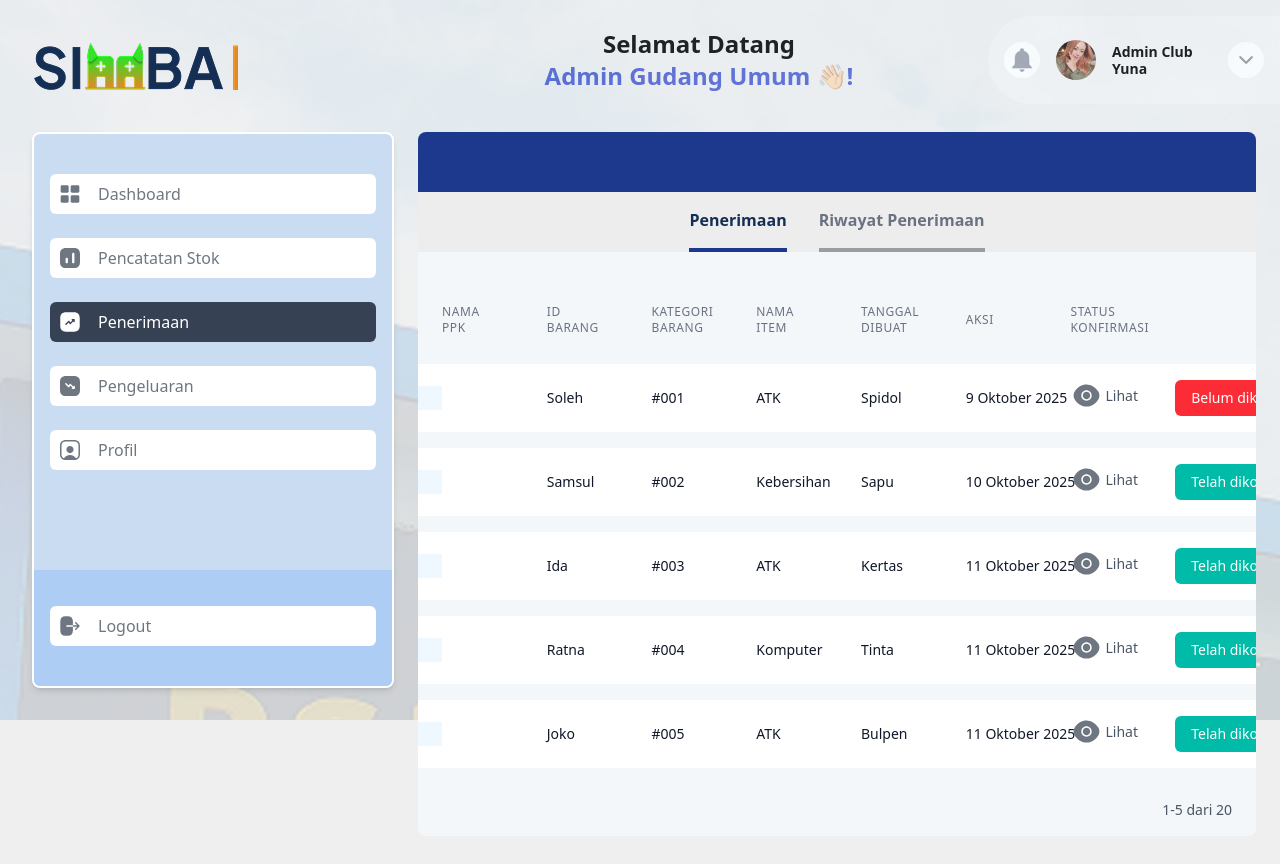
Repository: Gokerwow/inventory-fe
Page: /penerimaan
The author's editor kept a copy of each file at every save. The page is drawn from the files as they stood at one save, then again after the next save.
The browser window is 1280 px wide. The pictures show the whole page.
The project was rebuilt for these pictures with package versions that can differ from the ones it lists, and the page was loaded fresh each time. Also part of the build but not shown: vite.config.ts, src/components/categoryBarChart.tsx, src/components/lineChart.tsx, src/pages/dashboard.tsx, src/pages/stokBarang.tsx, src/pages/pengeluaran.tsx, src/pages/profil.tsx.

Above is the page before, as saved 2025-10-14 18:52:13.

### index.html
<!doctype html>
<html lang="en">
  <head>
    <meta charset="UTF-8" />
    <link rel="icon" type="image/svg+xml" href="/vite.svg" />
    <meta name="viewport" content="width=device-width, initial-scale=1.0" />
    <title>inventory-fe</title>
  </head>
  <body>
    <div id="root"></div>
    <script type="module" src="/src/main.tsx"></script>
  </body>
</html>

### src/main.tsx
import { StrictMode } from 'react'
import { createRoot } from 'react-dom/client'
import './index.css'
import App from './App.tsx'
import ErrorBoundary from './components/errorBoundary.tsx'
import { BrowserRouter } from 'react-router-dom'

createRoot(document.getElementById('root')!).render(
  <StrictMode>
    <ErrorBoundary>
      <BrowserRouter>
        <App />
      </BrowserRouter>
    </ErrorBoundary>
  </StrictMode>,
)

### src/App.tsx
import './App.css'
import { Routes, Route, Navigate } from 'react-router-dom'
import Layout from './components/layout'
import Dashboard from './pages/dashboard'
import StokBarang from './pages/stokBarang'
import Penerimaan from './pages/penerimaan'
import Pengeluaran from './pages/pengeluaran'
import Profil from './pages/profil'


function App() {
  return (
    <Routes>
      <Route path="/" element={<Layout />}>
        <Route index element={<Navigate to="/dashboard" replace />} />
        <Route path="dashboard" element={<Dashboard />} />
        <Route path="pencatatan-stok" element={<StokBarang />} />
        <Route path="penerimaan" element={<Penerimaan />} />
        <Route path="pengeluaran" element={<Pengeluaran />} />
        <Route path="profil" element={<Profil />} />
      </Route>
    </Routes>
  )
}

export default App

### src/components/errorBoundary.tsx
// components/ErrorBoundary.tsx
import { ErrorBoundary as ReactErrorBoundary } from 'react-error-boundary';
import { type ReactNode } from 'react';

function ErrorFallback({ error, resetErrorBoundary }: any) {
    return (
        <div className="min-h-screen flex items-center justify-center bg-gray-100">
            <div className="bg-white p-8 rounded-lg shadow-lg max-w-md w-full">
                <h2 className="text-2xl font-bold text-red-600 mb-4">
                    Oops! Terjadi Error
                </h2>
                <div className="bg-red-50 border border-red-200 rounded p-4 mb-4">
                    <p className="text-red-800 font-semibold">Error:</p>
                    <p className="text-red-600 text-sm mt-2">{error.message}</p>
                </div>
                <details className="mb-4">
                    <summary className="cursor-pointer text-gray-600 hover:text-gray-800">
                        Stack Trace
                    </summary>
                    <pre className="mt-2 text-xs bg-gray-50 p-2 rounded overflow-auto max-h-40">
                        {error.stack}
                    </pre>
                </details>
                <button
                    onClick={resetErrorBoundary}
                    className="w-full bg-blue-600 text-white py-2 px-4 rounded hover:bg-blue-700 transition"
                >
                    Coba Lagi
                </button>
            </div>
        </div>
    );
}

interface ErrorBoundaryProps {
    children: ReactNode;
}

export default function ErrorBoundary({ children }: ErrorBoundaryProps) {
    return (
        <ReactErrorBoundary
            FallbackComponent={ErrorFallback}
            onError={(error, errorInfo) => {
                // Log error ke console atau service logging (Sentry, LogRocket, dll)
                console.error('Error caught by boundary:', error, errorInfo);
            }}
            onReset={() => {
                // Reset state aplikasi jika perlu
                window.location.href = '/';
            }}
        >
            {children}
        </ReactErrorBoundary>
    );
}

### src/App.css
@import "tailwindcss";

body {
  background-color: #EFEFEF;
}

### src/components/layout.tsx
// components/Layout.tsx
import { Outlet } from 'react-router-dom';
import SideBar from '../components/sidebar'
import TopBar from '../components/topBar'
import Background from '../assets/background.png';
import SimbaLogo from '../assets/Light Logo new 1.png';

function Layout() {
    return (
        <div className="flex flex-col h-screen">
            <div
                className="absolute inset-0 bg-no-repeat bg-cover bg-top"
                style={{ backgroundImage: `url(${Background})` }}
            />

            <div className='flex'>
                {/* Sidebar  */}
                <div className='p-4 h-screen fixed top-0 left-0 flex flex-col w-[394px] z-10'>
                    <div className='p-4'>
                        <img src={SimbaLogo} alt="Simba Logo" />
                    </div>
                    <SideBar />
                </div>

                {/* Content Area */}
                <div className="flex flex-col flex-1 ml-[394px]">
                    <TopBar />
                    <div className="flex-1 overflow-auto mb-4  p-3 px-6">
                        <Outlet/>
                    </div>
                </div>
            </div>
        </div>
    );
}

export default Layout;

### src/pages/penerimaan.tsx
import { useState } from 'react';
import EyeIcon from '../assets/eye.svg?react';

export default function Penerimaan() {
    const [activeTab, setActiveTab] = useState('penerimaan');

    const [data] = useState([
        {
            id: 1,
            namaPPK: 'Soleh',
            idBarang: '#001',
            kategori: 'ATK',
            namaItem: 'Spidol',
            tanggal: '9 Oktober 2025',
            status: 'Belum dikonfirmasi'
        },
        {
            id: 2,
            namaPPK: 'Samsul',
            idBarang: '#002',
            kategori: 'Kebersihan',
            namaItem: 'Sapu',
            tanggal: '10 Oktober 2025',
            status: 'Telah dikonfirmasi'
        },
        {
            id: 3,
            namaPPK: 'Ida',
            idBarang: '#003',
            kategori: 'ATK',
            namaItem: 'Kertas',
            tanggal: '11 Oktober 2025',
            status: 'Telah dikonfirmasi'
        },
        {
            id: 4,
            namaPPK: 'Ratna',
            idBarang: '#004',
            kategori: 'Komputer',
            namaItem: 'Tinta',
            tanggal: '11 Oktober 2025',
            status: 'Telah dikonfirmasi'
        },
        {
            id: 5,
            namaPPK: 'Joko',
            idBarang: '#005',
            kategori: 'ATK',
            namaItem: 'Bulpen',
            tanggal: '11 Oktober 2025',
            status: 'Telah dikonfirmasi'
        }
    ]);

    return (
        <div className="bg-[#F3F7FA]  relative z-10 rounded-lg overflow-hidden">
            {/* Header */}
            <div className="bg-blue-900 text-white px-6 py-4 h-[60px]">

            </div>

            {/* Tabs */}
            <div className="bg-[#EDEDED]">
                <div className="px-6">
                    <div className="flex gap-8 justify-center items-center">
                        <button
                            onClick={() => setActiveTab('penerimaan')}
                            className={`py-4 font-bold border-b-4 transition-colors ${activeTab === 'penerimaan'
                                ? 'border-blue-900 text-[#152F54]'
                                : 'border-[#9C9C9C] text-gray-500 hover:text-gray-700'
                                }`}
                        >
                            Penerimaan
                        </button>
                        <button
                            onClick={() => setActiveTab('riwayat')}
                            className={`py-4 font-bold border-b-4 transition-colors ${activeTab === 'riwayat'
                                ? 'border-blue-900 text-[#152F54]'
                                : 'border-[#9C9C9C] text-gray-500 hover:text-gray-700'
                                }`}
                        >
                            Riwayat Penerimaan
                        </button>
                    </div>
                </div>
            </div>

            {/* Table */}
            <div className="pt-6 bg-[#F3F7FA]">
                <div className="w-full overflow-hidden">
                    <table className="w-full mx-auto bg-[#F3F7FA] table-fixed border-separate border-spacing-y-4">
                        <thead className="">
                            <tr>
                                <th className="px-6 py-3 text-left text-xs font-medium text-gray-500 uppercase tracking-wider">
                                    Nama PPK
                                </th>
                                <th className="px-6 py-3 text-left text-xs font-medium text-gray-500 uppercase tracking-wider">
                                    ID Barang
                                </th>
                                <th className="px-6 py-3 text-left text-xs font-medium text-gray-500 uppercase tracking-wider">
                                    Kategori Barang
                                </th>
                                <th className="px-6 py-3 text-left text-xs font-medium text-gray-500 uppercase tracking-wider">
                                    Nama Item
                                </th>
                                <th className="px-6 py-3 text-left text-xs font-medium text-gray-500 uppercase tracking-wider">
                                    Tanggal dibuat
                                </th>
                                <th className="px-6 py-3 text-left text-xs font-medium text-gray-500 uppercase tracking-wider">
                                    Aksi
                                </th>
                                <th className="px-6 py-3 text-left text-xs font-medium text-gray-500 uppercase tracking-wider">
                                    Status konfirmasi
                                </th>
                            </tr>
                        </thead>
                        <tbody className="">
                            {data.map((item) => (
                                <tr key={item.id} className="hover:bg-blue-100 bg-[#FFFFFF]">
                                    <td>
                                        <div className="bg-[#EFF8FF] w-[24px] h-full">&nbsp;</div>
                                    </td>
                                    <td className="px-6 py-4 whitespace-nowrap text-sm text-gray-900">
                                        {item.namaPPK}
                                    </td>
                                    <td className="px-6 py-4 whitespace-nowrap text-sm text-gray-900">
                                        {item.idBarang}
                                    </td>
                                    <td className="px-6 py-4 whitespace-nowrap text-sm text-gray-900">
                                        {item.kategori}
                                    </td>
                                    <td className="px-6 py-4 whitespace-nowrap text-sm text-gray-900">
                                        {item.namaItem}
                                    </td>
                                    <td className="px-6 py-4 whitespace-nowrap text-sm text-gray-900">
                                        {item.tanggal}
                                    </td>
                                    <td className="px-6 py-4 whitespace-nowrap text-sm">
                                        <button className="inline-flex items-center gap-1 text-gray-600 hover:text-gray-900">
                                            <EyeIcon />
                                            <span>Lihat</span>
                                        </button>
                                    </td>
                                    <td className="px-6 py-4 whitespace-nowrap text-sm">
                                        {item.status === 'Belum dikonfirmasi' ? (
                                            <button className="px-4 py-2 bg-red-500 text-white rounded-md hover:bg-red-600 transition-colors">
                                                Belum dikonfirmasi
                                            </button>
                                        ) : (
                                            <button className="px-4 py-2 bg-teal-500 text-white rounded-md hover:bg-teal-600 transition-colors">
                                                Telah dikonfirmasi
                                            </button>
                                        )}
                                    </td>
                                </tr>
                            ))}
                        </tbody>
                    </table>

                    {/* Pagination */}
                    <div className="px-6 py-4 flex justify-end text-sm text-gray-600">
                        1-5 dari 20
                    </div>
                </div>
            </div>
        </div>
    );
};

### src/components/sidebar.tsx
import DashboardIcon from '../assets/DashboardIcon.svg?react';
import ChartIcon from '../assets/Chart.svg?react';
import PenerimaanIcon from '../assets/Penerimaan.svg?react';
import PengeluaranIcon from '../assets/Pengeluaran.svg?react';
import ProfilIcon from '../assets/profil.svg?react';
import LogoutIcon from '../assets/LogoutIcon.svg?react';
import { NavLink } from 'react-router-dom';

export default function SideBar() {
    const menuItems = [
        { path: '/dashboard', icon: DashboardIcon, label: 'Dashboard' },
        { path: '/pencatatan-stok', icon: ChartIcon, label: 'Pencatatan Stok' },
        { path: '/penerimaan', icon: PenerimaanIcon, label: 'Penerimaan' },
        { path: '/pengeluaran', icon: PengeluaranIcon, label: 'Pengeluaran' },
        { path: '/profil', icon: ProfilIcon, label: 'Profil' },
    ];

    return (
        <div className='w-[394px] p-4 flex-1'>
            <div className="bg-[#CADCF2] text-white flex flex-col justify-between h-full rounded-lg overflow-hidden shadow-md border-2 border-white">
                <ul className='flex flex-col gap-6 px-4 py-10'>
                    {menuItems.map((item) => (
                        <li key={item.path}>
                            <NavLink
                                to={item.path}
                                className={({ isActive }) =>
                                    `flex items-center gap-4 p-2 rounded-md cursor-pointer transition-all duration-300 ${isActive
                                        ? 'bg-gray-700 text-white'
                                        : 'bg-white text-[#6E7781] hover:bg-gray-700 hover:text-white group'
                                    }`
                                }
                            >
                                {({ isActive }) => (
                                    <>
                                        <item.icon
                                            className={`w-6 h-6 fill-current transition-colors ${isActive
                                                ? 'text-white'
                                                : 'text-[#6E7781] group-hover:text-white'
                                                }`}
                                        />
                                        <span>{item.label}</span>
                                    </>
                                )}
                            </NavLink>
                        </li>
                    ))}

                </ul>
                <div className='w-full h-[21%] flex justify-center items-end bg-[#ADCDF4] px-4 py-10'>
                    {/* Logout - Pisah karena bukan navigasi biasa */}
                    <button
                        onClick={() => {
                            // Handle logout logic di sini
                            console.log('Logout clicked');
                        }}
                        className='flex items-center gap-4 p-2 bg-white hover:bg-red-600 group rounded-md cursor-pointer transition-all duration-300 w-full text-left'
                    >
                        <LogoutIcon className="w-6 h-6 fill-current text-[#6E7781] group-hover:text-white" />
                        <span className='text-[#6E7781] group-hover:text-white'>Logout</span>
                    </button>

                </div>
            </div>
        </div>
    );
}

### src/components/topBar.tsx
import NotifIcon from '../assets/Notification.png';
import ChevronDown from '../assets/ChevronDown.png';
import PfpExample from '../assets/Pfp Example.jpeg';

export default function TopBar() {
    return (
        <div className="w-full flex items-center justify-between gap-6 py-4 pl-4">
            <div></div>
            <div className='text-2xl font-bold'>
                <p className='text-center'>Selamat Datang</p>
                <p className='text-center text-[#4D5ED1]'>Admin Gudang Umum 👋🏻!</p>
            </div>
            <div>
                <div className='flex items-center justify-center gap-4 bg-white/30 rounded-l-full px-4 py-6'>
                    <div className='bg-white rounded-full w-9 h-9 flex items-center justify-center'>
                        <img src={NotifIcon} alt="Notification Icon" className='h-6' />
                    </div>
                    <div className='flex items-center gap-4'>
                        <div className='bg-white rounded-full w-10 h-10 flex items-center justify-center overflow-hidden'>
                            <img src={PfpExample} alt="Profile Picture" className='w-full' />
                        </div>
                        <span className='max-w-[100px] break-words leading-tight font-semibold text-sm'>Admin Club Yuna</span>
                    </div>
                    <div className='bg-white rounded-full w-9 h-9 flex items-center justify-center'>
                        <img src={ChevronDown} alt="Notification Icon" className='h-2' />
                    </div>
                </div>
            </div>
        </div>
    )
}

Loaded but not shown: src/index.css (common file)

After the next save:
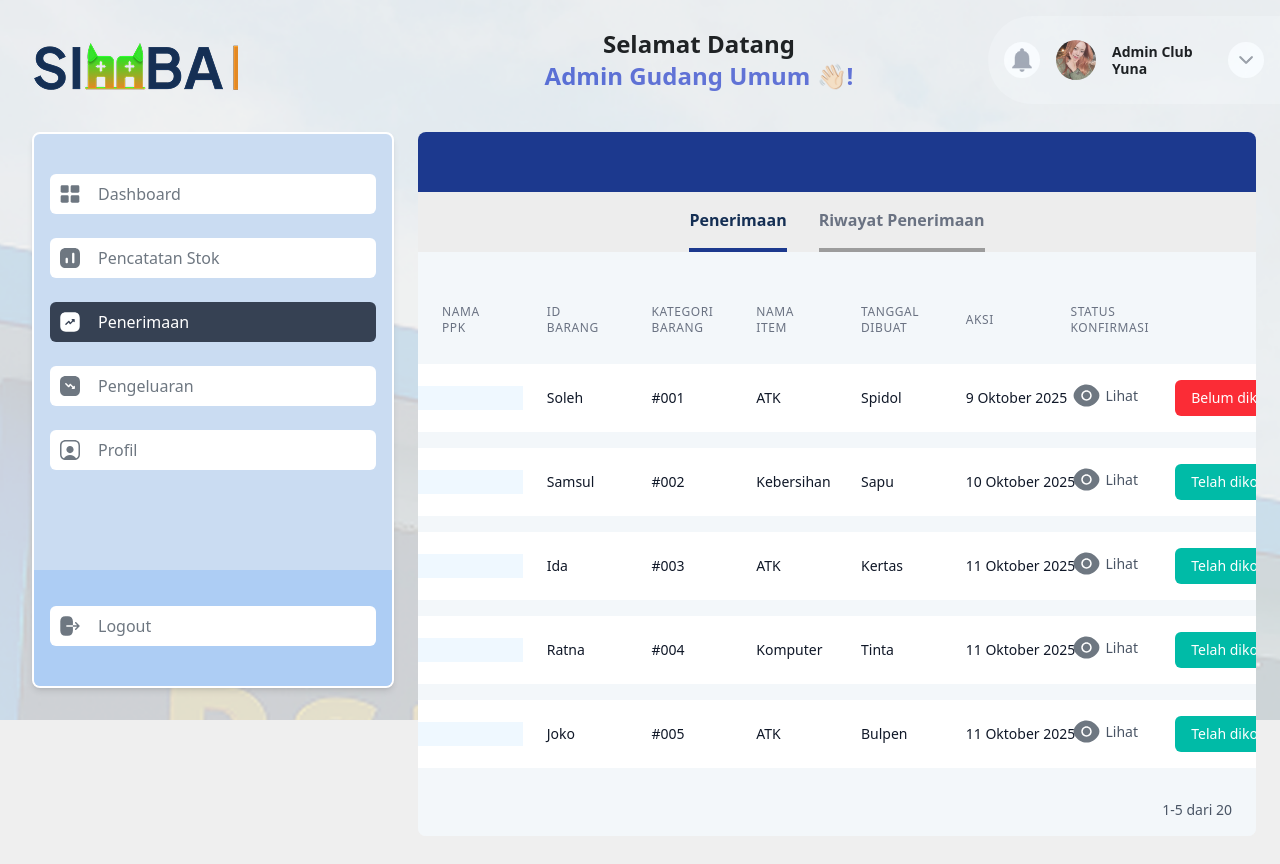
Saved 14 s later.
--- a/src/pages/penerimaan.tsx
+++ b/src/pages/penerimaan.tsx
@@ -117,8 +117,8 @@ export default function Penerimaan() {
                         <tbody className="">
                             {data.map((item) => (
                                 <tr key={item.id} className="hover:bg-blue-100 bg-[#FFFFFF]">
-                                    <td>
-                                        <div className="bg-[#EFF8FF] w-[24px] h-full">&nbsp;</div>
+                                    <td className=' w-[24px] h-full'>
+                                        <div className="bg-[#EFF8FF]">&nbsp;</div>
                                     </td>
                                     <td className="px-6 py-4 whitespace-nowrap text-sm text-gray-900">
                                         {item.namaPPK}
